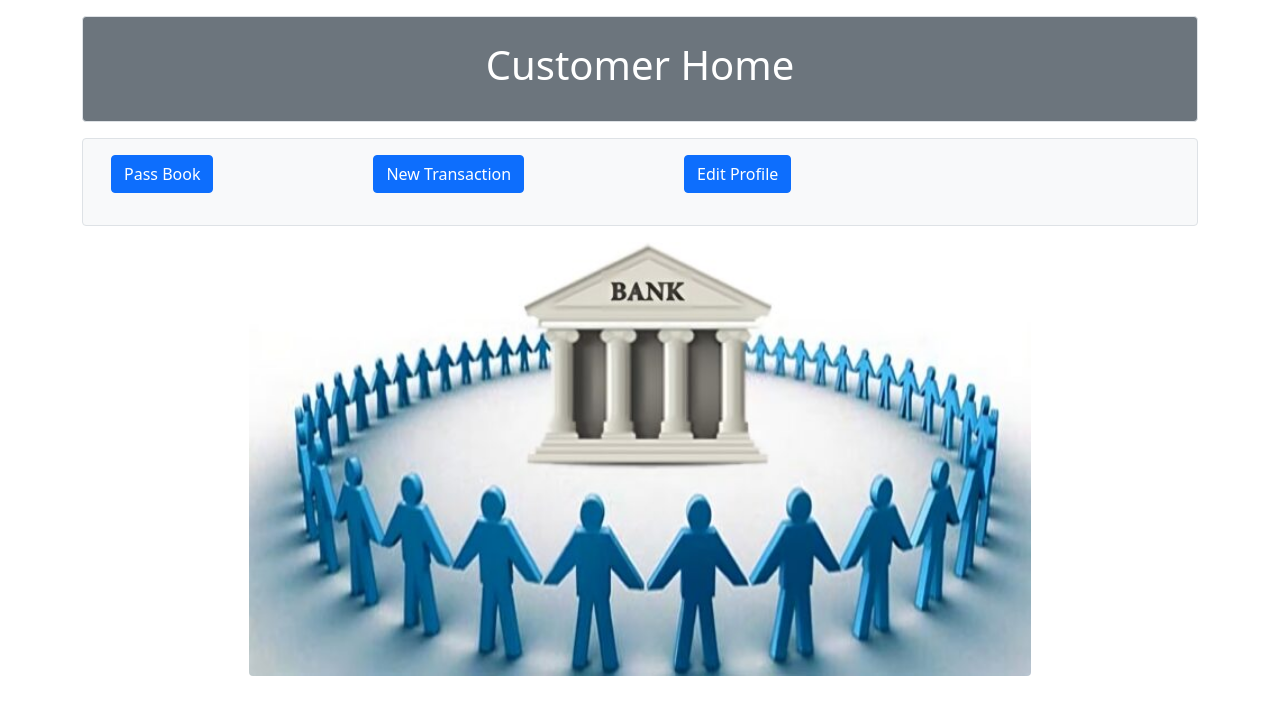
Repository: shivamaninalla/Bank-Application-JSP
Page: http://localhost/10-BankApplication/cust-home.jsp
An editor plug-in stored every save of this project. The page is shown before and after the next save, followed by the edit.
The browser window is 1280 px wide. The pictures show the whole page.
The page is served by Tomcat 9. Other server files are loaded and not shown.

Above is the page before, as saved 2024-07-20 18:36:20.

### 10-BankApplication/WebContent/cust-home.jsp
<%@ page language="java" contentType="text/html; charset=ISO-8859-1"
    pageEncoding="ISO-8859-1"%>
<%@ taglib uri="http://java.sun.com/jsp/jstl/core" prefix="c"%>
<%@ taglib uri="http://java.sun.com/jsp/jstl/functions" prefix="fn"%>
<link href="https://cdn.jsdelivr.net/npm/bootstrap@5.0.2/dist/css/bootstrap.min.css" rel="stylesheet"
    integrity="sha384-EVSTQN3/azprG1Anm3QDgpJLIm9Nao0Yz1ztcQTwFspd3yD65VohhpuuCOmLASjC" crossorigin="anonymous">
<script src="https://cdn.jsdelivr.net/npm/bootstrap@5.0.2/dist/js/bootstrap.bundle.min.js"
    integrity="sha384-MrcW6ZMFYlzcLA8Nl+NtUVF0sA7MsXsP1UyJoMp4YLEuNSfAP+JcXn/tWtIaxVXM" crossorigin="anonymous"></script>
<!DOCTYPE html>
<html>
<head>
<meta charset="ISO-8859-1">
<title>Customer Home</title>
</head>
<body>
<div class="container mt-3">

    <!-- Header Navigation -->
    <nav class="navbar bg-secondary border rounded p-4 mb-3">
        <div class="container-fluid d-flex justify-content-center align-items-center">
            <h1 class="text-white">Customer Home</h1>
        </div>
    </nav>

    <!-- Main Navigation Buttons -->
    <nav class="navbar navbar-expand-lg navbar-light bg-light border rounded p-3 mb-3">
        <div class="container-fluid">
            <form action="user" method="get">
                <div class="d-flex justify-content-around">

                    <button type="submit" name="UserController" value="Pass Book" class="btn btn-primary" style="margin-right: 10rem">Pass Book</button>
                    <button type="submit" name="UserController" value="New Transaction" class="btn btn-primary" style="margin-right: 10rem">New Transaction</button>
                    <button type="submit" name="UserController" value="Edit Profile" class="btn btn-primary">Edit Profile</button>
                </div>
            </form>
        </div>
    </nav>

    <!-- Image -->
    <div class="text-center">
        <img src="./includes/bank.jpeg" class="rounded img-fluid" alt="Bank-image" width="70%" />
    </div>

</div>
</body>
</html>

After the next save:
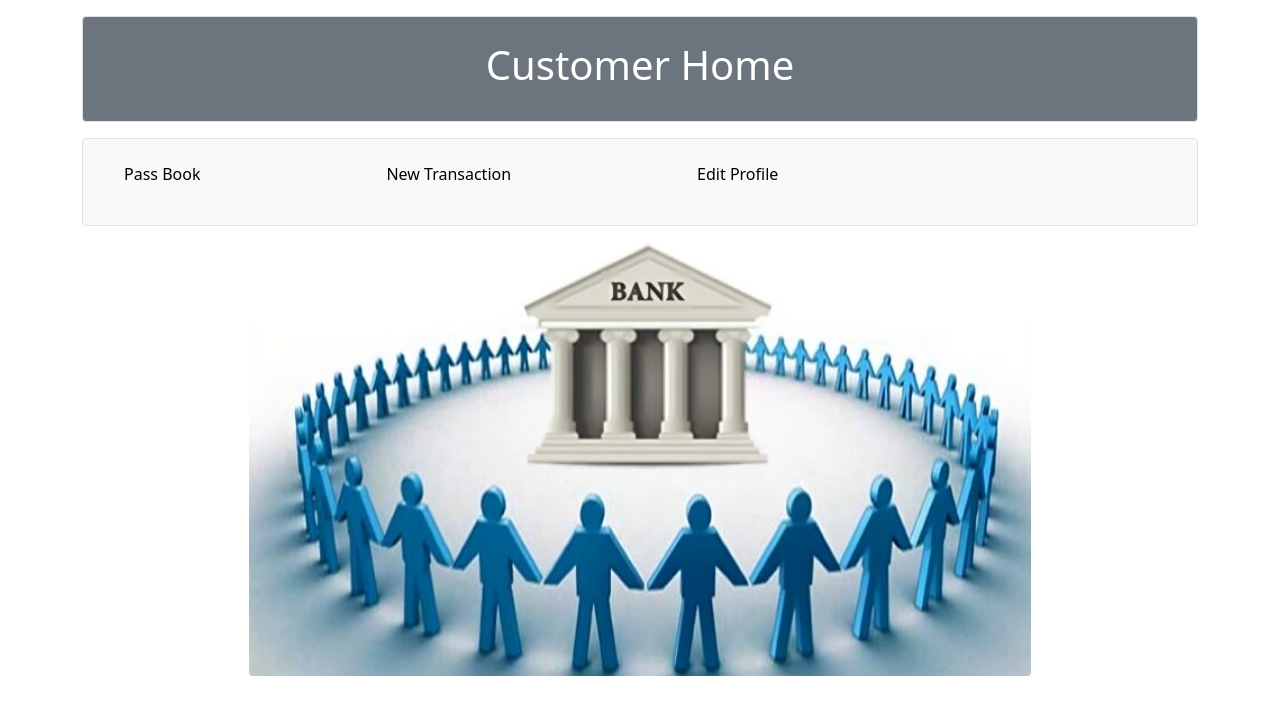
Saved 38 s later.
--- a/10-BankApplication/WebContent/cust-home.jsp
+++ b/10-BankApplication/WebContent/cust-home.jsp
@@ -28,9 +28,9 @@
             <form action="user" method="get">
                 <div class="d-flex justify-content-around">
 
-                    <button type="submit" name="UserController" value="Pass Book" class="btn btn-primary" style="margin-right: 10rem">Pass Book</button>
-                    <button type="submit" name="UserController" value="New Transaction" class="btn btn-primary" style="margin-right: 10rem">New Transaction</button>
-                    <button type="submit" name="UserController" value="Edit Profile" class="btn btn-primary">Edit Profile</button>
+                    <button type="submit" name="UserController" value="Pass Book" class="btn btn-light" style="margin-right: 10rem">Pass Book</button>
+                    <button type="submit" name="UserController" value="New Transaction" class="btn btn-light" style="margin-right: 10rem">New Transaction</button>
+                    <button type="submit" name="UserController" value="Edit Profile" class="btn btn-light">Edit Profile</button>
                 </div>
             </form>
         </div>
